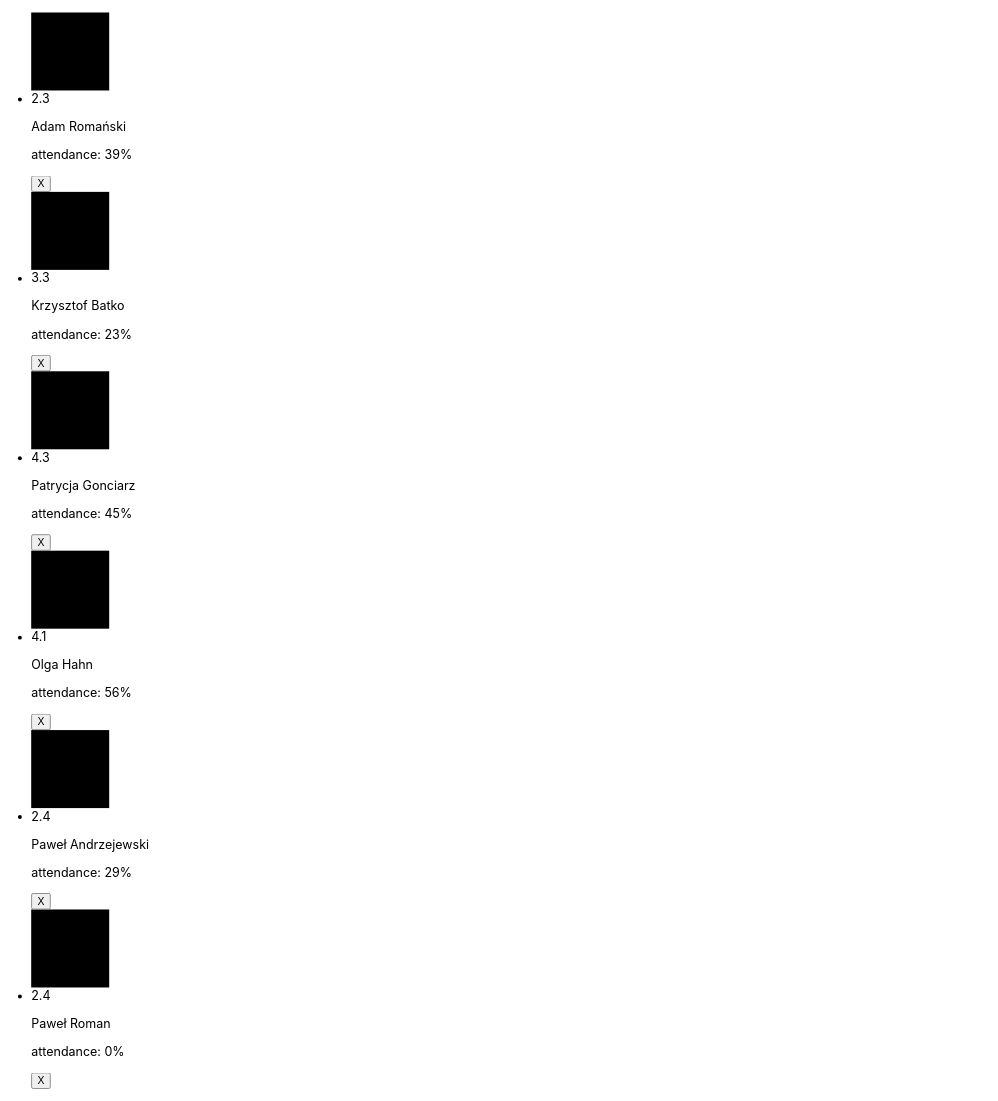
Repository: Dani9090/template-react
Page: /
An editor plug-in stored every save of this project. The page is shown before and after a run of saves, followed by the edit.
The browser window is 1280 px wide. The pictures show the whole page, at 78% of full size.
The project was rebuilt for these pictures with package versions that can differ from the ones it lists, and the page was loaded fresh each time. Also part of the build but not shown: src/components/UserListItem/UserListItem.module.scss.

Above is the page before, as saved 2021-03-04 14:04:27.

After the next 4 saves:
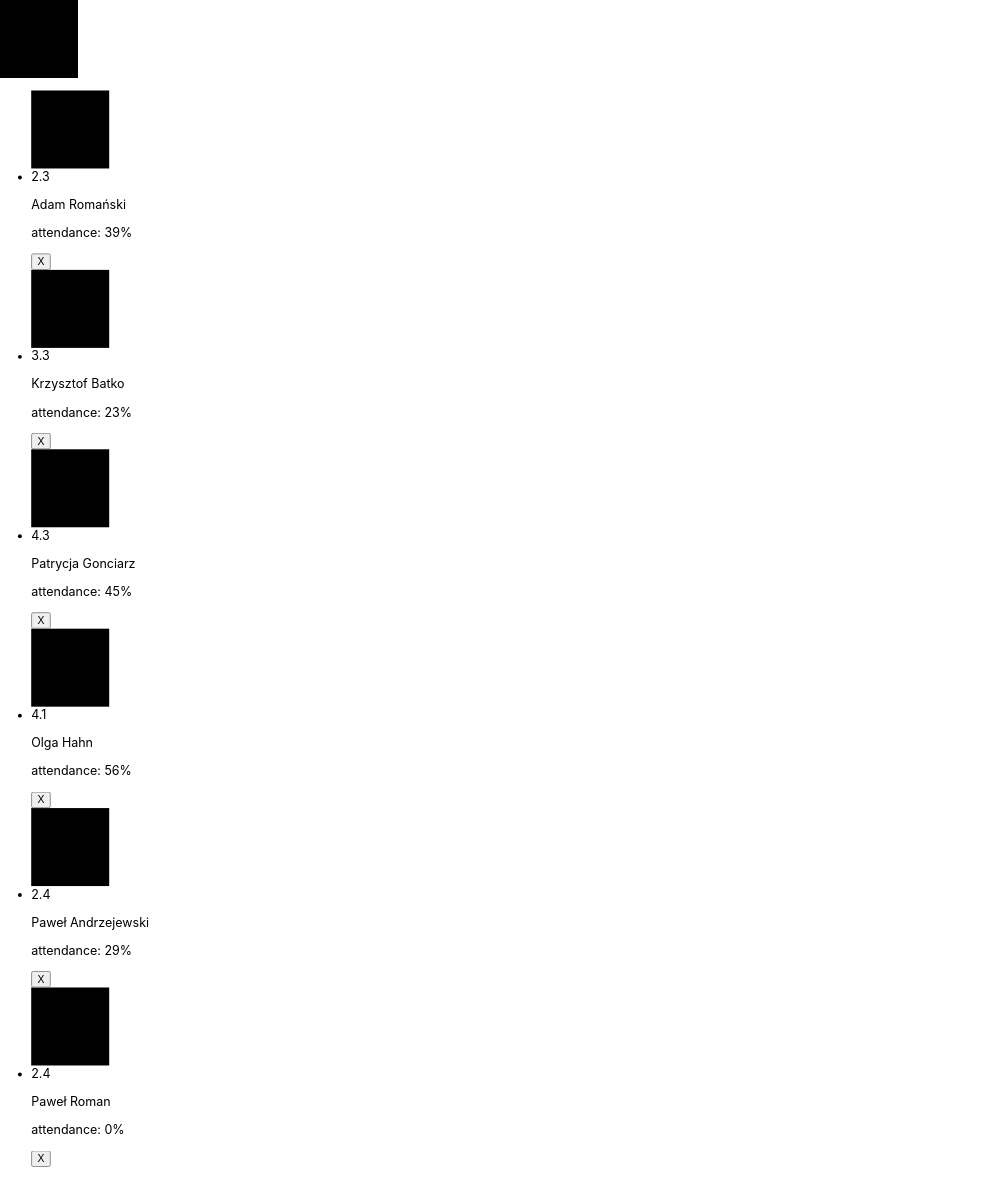
The 4 saves are shown as one change because 2 did not build or start and some came seconds apart.
The last was saved 30 s later.
--- a/src/components/UsersList/UsersList.js
+++ b/src/components/UsersList/UsersList.js
@@ -5,6 +5,7 @@ import styles from 'assets/GlobalStyle.module.scss';
 
 const UserList = () => (
   <div>
+    <div className={styles.box} />
     <ul>
       {users.map((UserData) => (
         <UserListItem UserData={UserData} />
